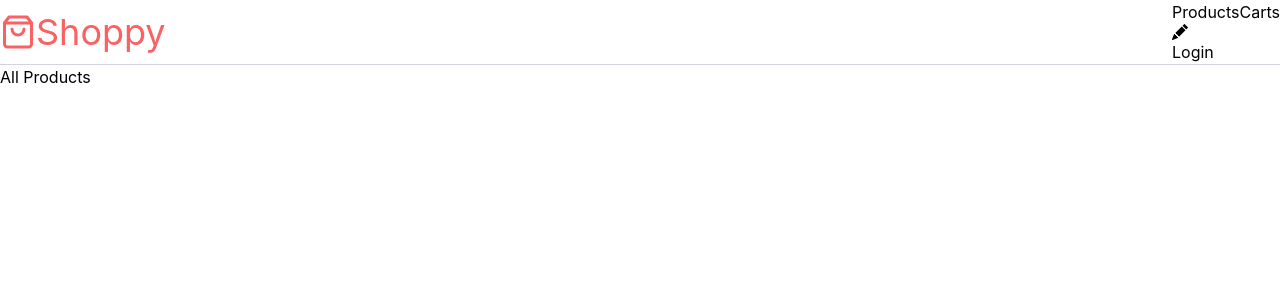
Repository: tjgus22/shoppy
Page: /products
The author's editor kept a copy of each file at every save. The page is drawn from the files as they stood at one save, then again after the next save.
The browser window is 1280 px wide. The pictures show the whole page.
The project was rebuilt for these pictures with package versions that can differ from the ones it lists, and the page was loaded fresh each time. Also part of the build but not shown: src/pages/Home.jsx, src/pages/ProductDetail.jsx, src/pages/NewProduct.jsx, src/pages/MyCart.jsx, src/pages/NotFound.jsx.

Above is the page before, as saved 2024-01-03 13:48:01.

### src/index.js
import React from 'react';
import ReactDOM from 'react-dom/client';
import { createBrowserRouter, RouterProvider } from 'react-router-dom';
import './index.css';
import App from './App';
import Home from './pages/Home';
import AllProducts from './pages/AllProducts';
import ProductDetail from './pages/ProductDetail';
import NewProduct from './pages/NewProduct';
import MyCart from './pages/MyCart';
import NotFound from './pages/NotFound';

const router = createBrowserRouter([
  {
    path: '/',
    element: <App />,
    errorElement: <NotFound />,
    children: [
      { index: true, path: '/', element: <Home /> },
      { path: '/products', element: <AllProducts /> },
      {
        path: '/products/new',
        element: <NewProduct />,
      },
      {
        path: '/products/:id',
        element: <ProductDetail />,
      },
      {
        path: '/carts',
        element: <MyCart />,
      },
    ],
  },
]);

const root = ReactDOM.createRoot(document.getElementById('root'));
root.render(
  <React.StrictMode>
    <RouterProvider router={router} />
  </React.StrictMode>
);

### src/index.css
@tailwind base;
@tailwind components;
@tailwind utilities;

body {
  margin: 0;
  font-family: -apple-system, BlinkMacSystemFont, 'Segoe UI', 'Roboto', 'Oxygen',
    'Ubuntu', 'Cantarell', 'Fira Sans', 'Droid Sans', 'Helvetica Neue',
    sans-serif;
  -webkit-font-smoothing: antialiased;
  -moz-osx-font-smoothing: grayscale;
  @apply flex flex-col items-center;
}
#root {
  @apply w-full max-w-screen-2xl;
}

code {
  font-family: source-code-pro, Menlo, Monaco, Consolas, 'Courier New',
    monospace;
}

### src/App.js
import Navbar from './components/Navbar';
import { Outlet } from 'react-router-dom';

function App() {
  return (
    <>
      <Navbar />
      <Outlet />
    </>
  );
}

export default App;

### src/pages/AllProducts.jsx
import React from 'react';

export default function AllProducts() {
  return <div>All Products</div>;
}

### src/components/Navbar.jsx
import React from 'react';
import { Link } from 'react-router-dom';
import { FiShoppingBag } from 'react-icons/fi';
import { BsFillPencilFill } from 'react-icons/bs';

export default function Navbar() {
  return (
    <header className='flex justify-between border-b border-gray-300'>
      <Link to='/' className='flex items-center text-4xl text-brand'>
        <FiShoppingBag />
        <h1>Shoppy</h1>
      </Link>
      <nav>
        <Link to='/products'>Products</Link>
        <Link to='/carts'>Carts</Link>
        <Link to='/products/new'>
          <BsFillPencilFill />
        </Link>
        <button>Login</button>
      </nav>
    </header>
  );
}

### tailwind.config.js
/** @type {import('tailwindcss').Config} */
module.exports = {
  content: ['./src/**/*.{js,jsx}'],
  theme: {
    extend: {
      colors: {
        brand: '#F96162',
      },
    },
  },
  plugins: [],
};

Loaded but not shown: public/index.html (common file)

After the next save:
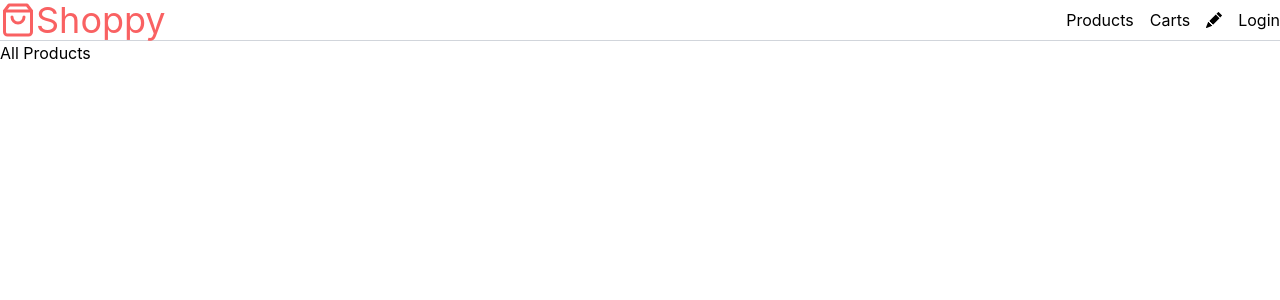
Saved 66 s later.
--- a/src/components/Navbar.jsx
+++ b/src/components/Navbar.jsx
@@ -10,7 +10,7 @@ export default function Navbar() {
         <FiShoppingBag />
         <h1>Shoppy</h1>
       </Link>
-      <nav>
+      <nav className='flex items-center gap-4'>
         <Link to='/products'>Products</Link>
         <Link to='/carts'>Carts</Link>
         <Link to='/products/new'>
